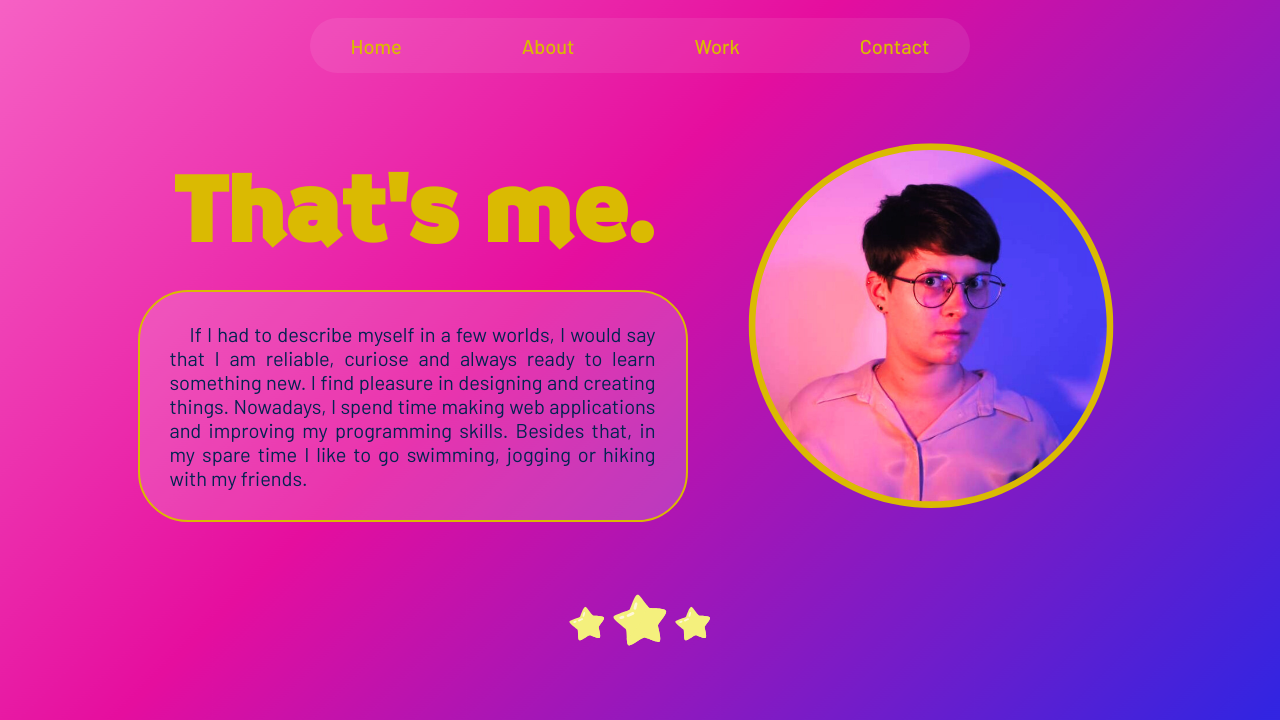
Repository: JJonka/portfolio_site
Page: /about
An editor plug-in stored every save of this project. The page is shown before and after the next save, followed by the edit.
The browser window is 1280 px wide. The pictures show the whole page.
The project was rebuilt for these pictures with package versions that can differ from the ones it lists, and the page was loaded fresh each time. Also part of the build but not shown: vite.config.ts, src/pages/HomePage.tsx, src/components/LogoIcon.module.scss, src/components/LogoIcon.tsx, src/pages/Contact.tsx, src/pages/Work.module.scss, src/pages/Work.tsx.

Above is the page before, as saved 2023-10-08 15:49:34.

After the next save:
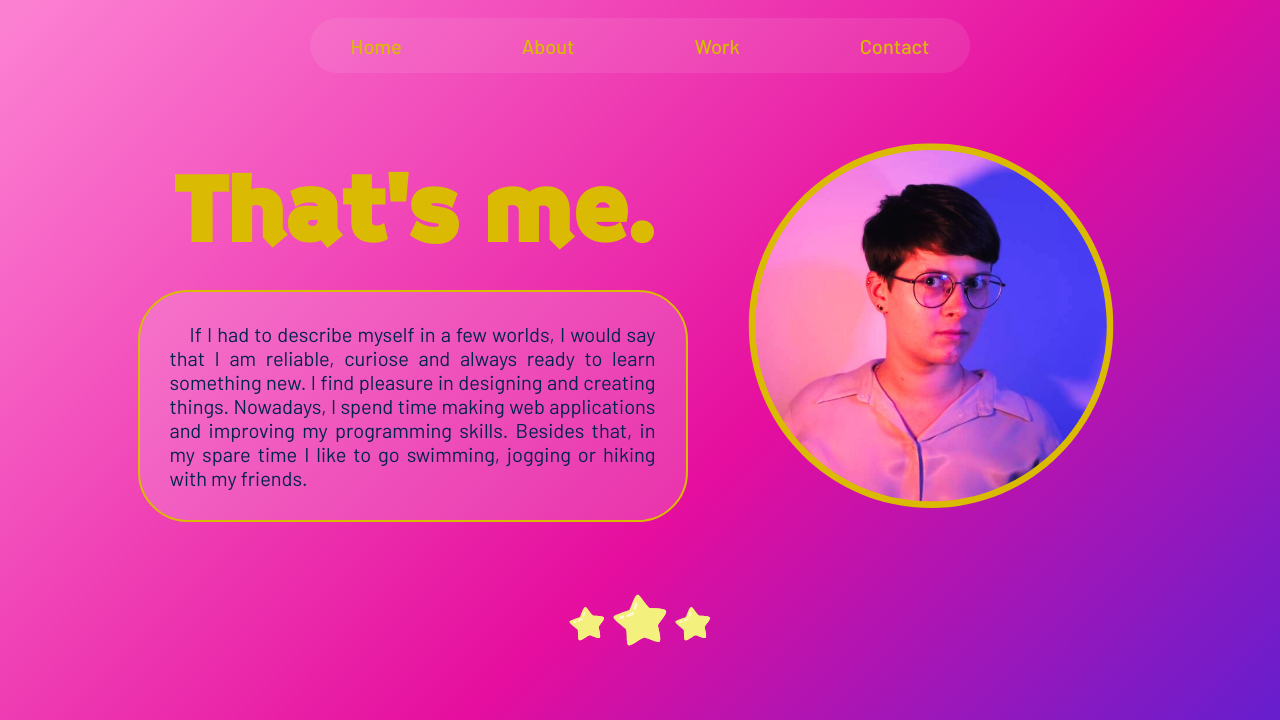
Saved 20 s later.
--- a/src/App.css
+++ b/src/App.css
@@ -39,7 +39,7 @@ body {
         transform: translateX(-20%);
     }
     100% {
-        transform: translateX(-5%);
+        transform: translateX(10%);
     }
 
 }
